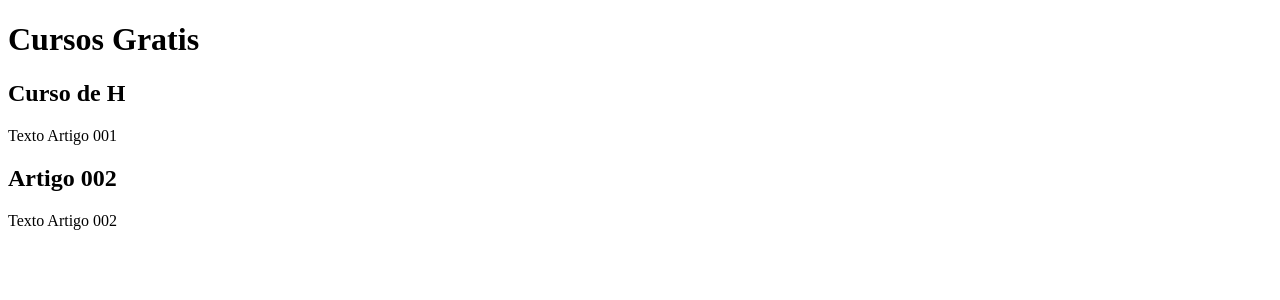
Repository: AnthonyLuanSantos/projeto-site
Page: index.html
The author's editor kept a copy of each file at every save. The page is drawn from the files as they stood at one save, then again after a run of saves.
The browser window is 1280 px wide. The pictures show the whole page.

Above is the page before, as saved 2024-08-18 20:38:07.

After the next 2 saves:
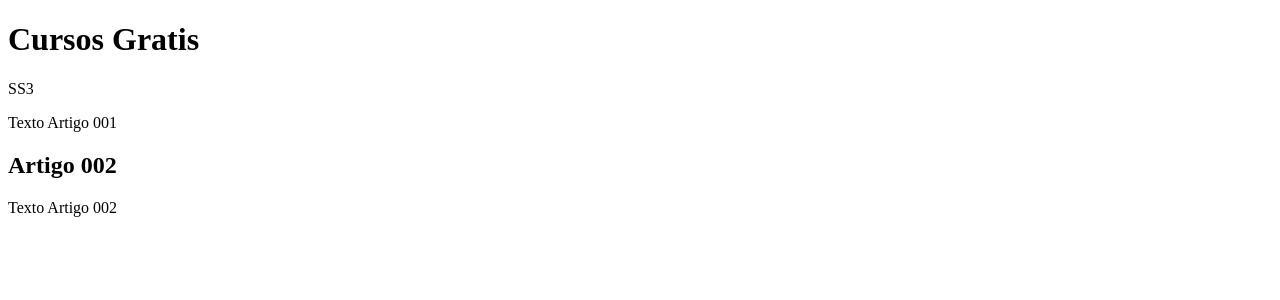
The 2 saves are shown as one change because they came seconds apart.
The last was saved 8 s later.
--- a/index.html
+++ b/index.html
@@ -11,7 +11,7 @@
             <h1>Cursos Gratis</h1>
         </header>
         <article>
-            <h2>Curso de H</h2>
+SS3</h2>
             <p>Texto Artigo 001</p>
         </article>
         <article>
